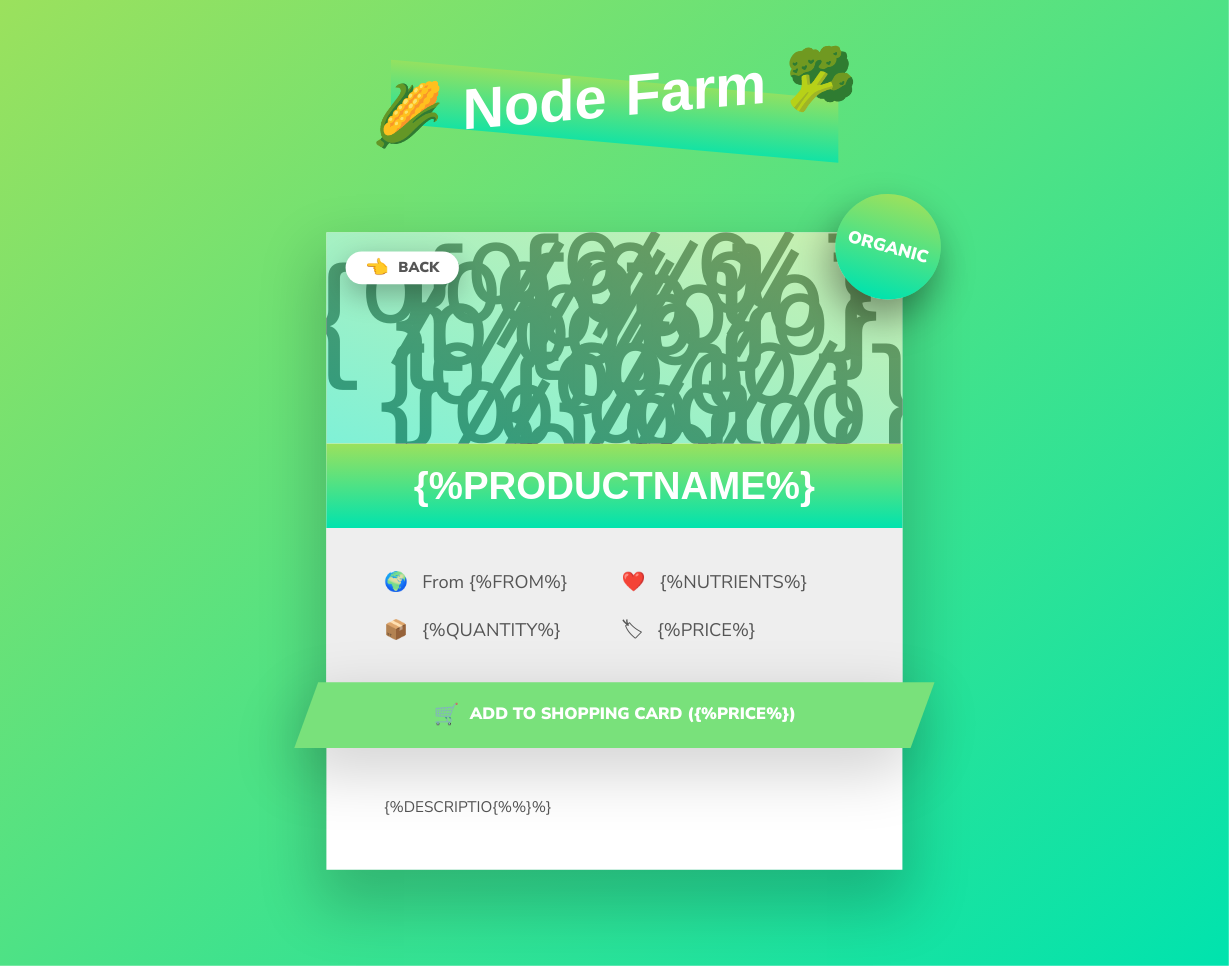
Repository: Tiantian-C/node2
Page: templates/product.html
The author's editor kept a copy of each file at every save. The page is drawn from the files as they stood at one save, then again after the next save.
The browser window is 1280 px wide. The pictures show the whole page, at 96% of full size.
Some web fonts or font styles are not loaded; a fallback is used.

Above is the page before, as saved 2023-07-15 15:30:25.

After the next save:
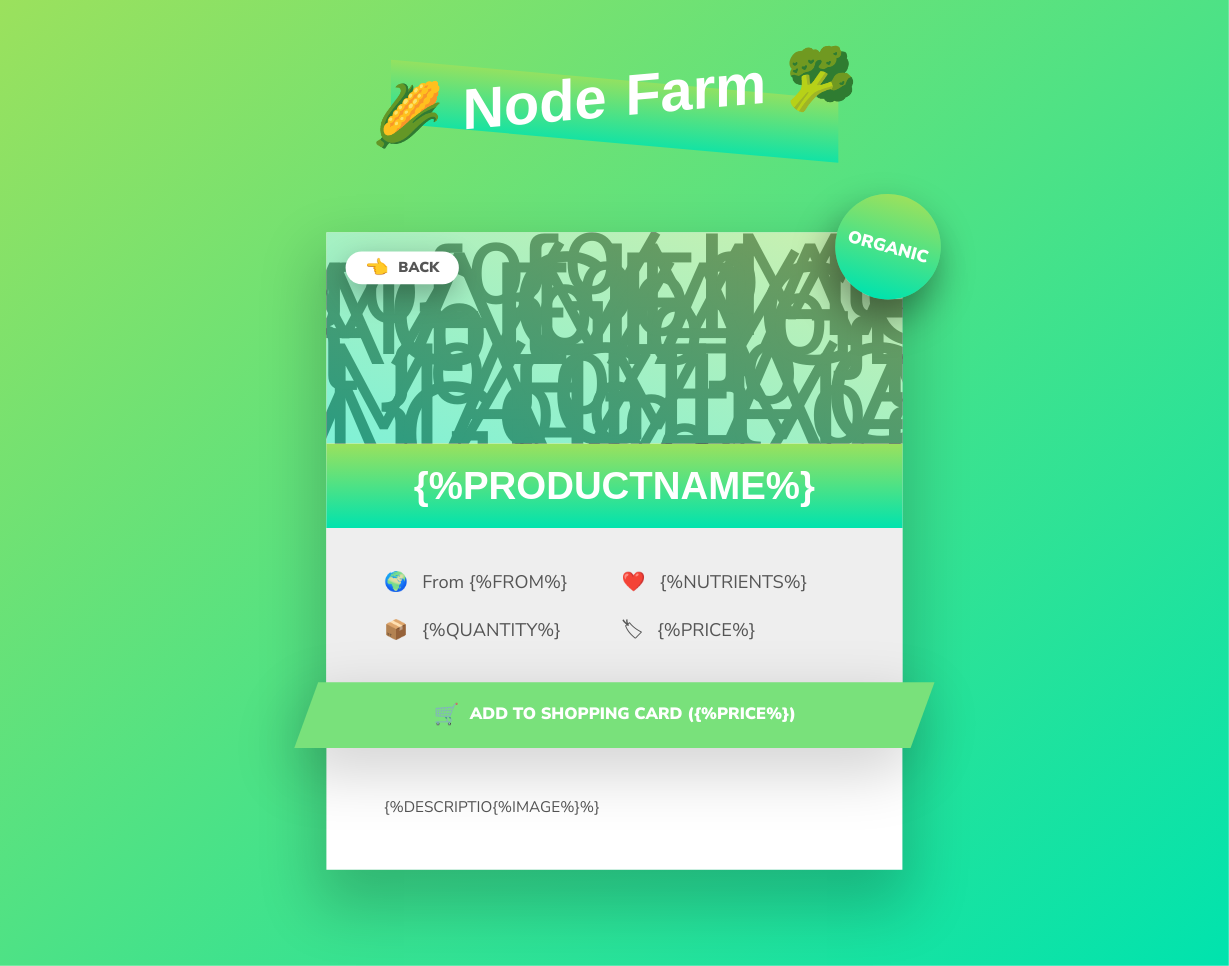
Saved 5 s later.
--- a/templates/product.html
+++ b/templates/product.html
@@ -275,15 +275,15 @@
           <span class="emoji-left">👈</span>Back
         </a>
         <div class="product__hero">
-          <span class="product__emoji product__emoji--1">{%%}</span>
-          <span class="product__emoji product__emoji--2">{%%}</span>
-          <span class="product__emoji product__emoji--3">{%%}</span>
-          <span class="product__emoji product__emoji--4">{%%}</span>
-          <span class="product__emoji product__emoji--5">{%%}</span>
-          <span class="product__emoji product__emoji--6">{%%}</span>
-          <span class="product__emoji product__emoji--7">{%%}</span>
-          <span class="product__emoji product__emoji--8">{%%}</span>
-          <span class="product__emoji product__emoji--9">{%%}</span>
+          <span class="product__emoji product__emoji--1">{%IMAGE%}</span>
+          <span class="product__emoji product__emoji--2">{%IMAGE%}</span>
+          <span class="product__emoji product__emoji--3">{%IMAGE%}</span>
+          <span class="product__emoji product__emoji--4">{%IMAGE%}</span>
+          <span class="product__emoji product__emoji--5">{%IMAGE%}</span>
+          <span class="product__emoji product__emoji--6">{%IMAGE%}</span>
+          <span class="product__emoji product__emoji--7">{%IMAGE%}</span>
+          <span class="product__emoji product__emoji--8">{%IMAGE%}</span>
+          <span class="product__emoji product__emoji--9">{%IMAGE%}</span>
         </div>
         <h2 class="product__name">{%PRODUCTNAME%}</h2>
         <div class="product__details">
@@ -299,7 +299,7 @@
         </a>
 
         <p class="product__description">
-        {%DESCRIPTIO{%%}%}
+        {%DESCRIPTIO{%IMAGE%}%}
         </p>
       </figure>
     </div>
